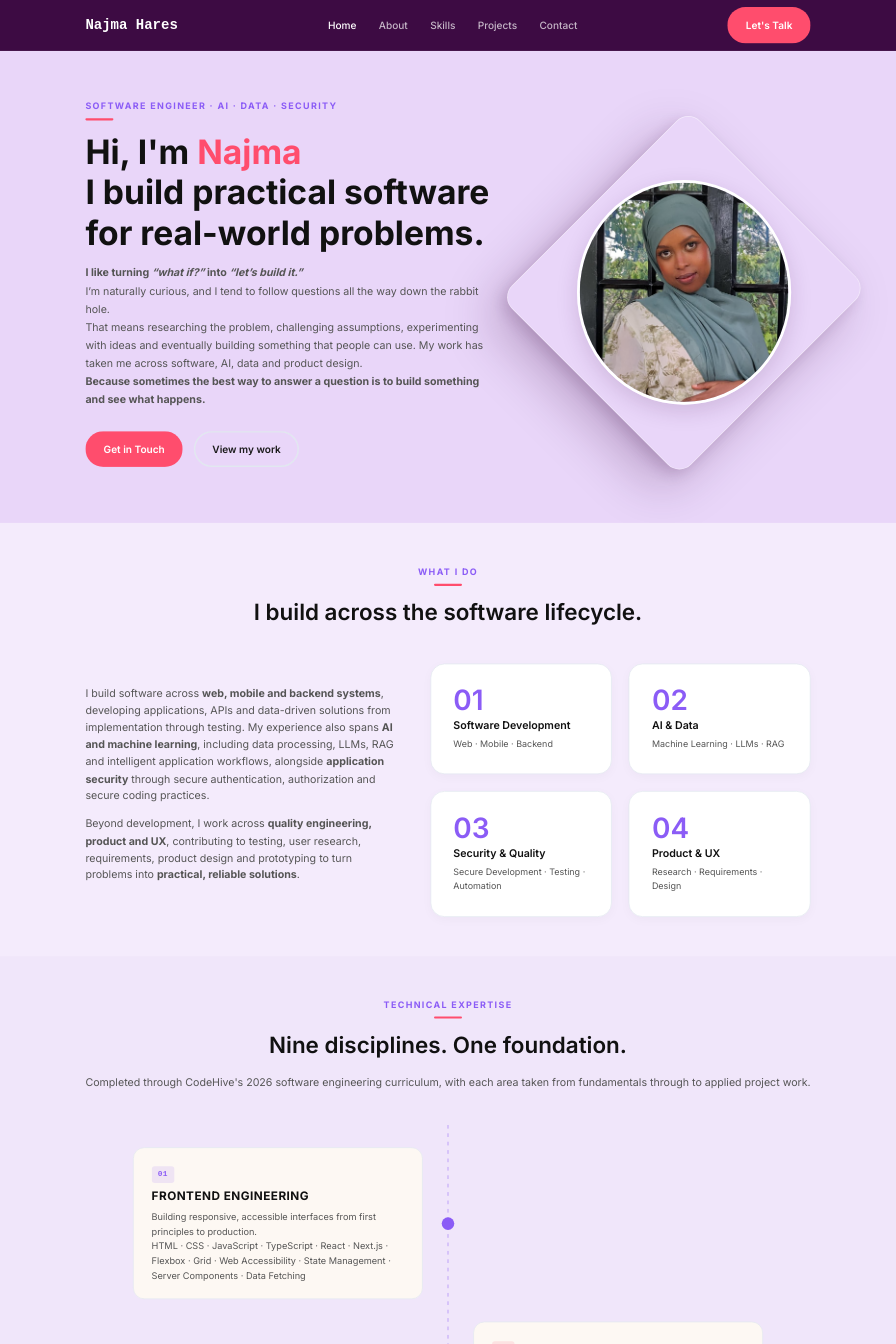
Repository: najmahares/portfolio
Page: index.html
These files come from the project's save history. The page is drawn as it stood at one moment and after the next save; the edit follows.
The browser window is 1280 px wide. The pictures show the part of the page from y = 0 to 1920 px (the page is 6074 px tall before and 6100 px after), at 70% of full size.

Above is the page before, as saved 2026-09-22 14:40:01.

After the next save:
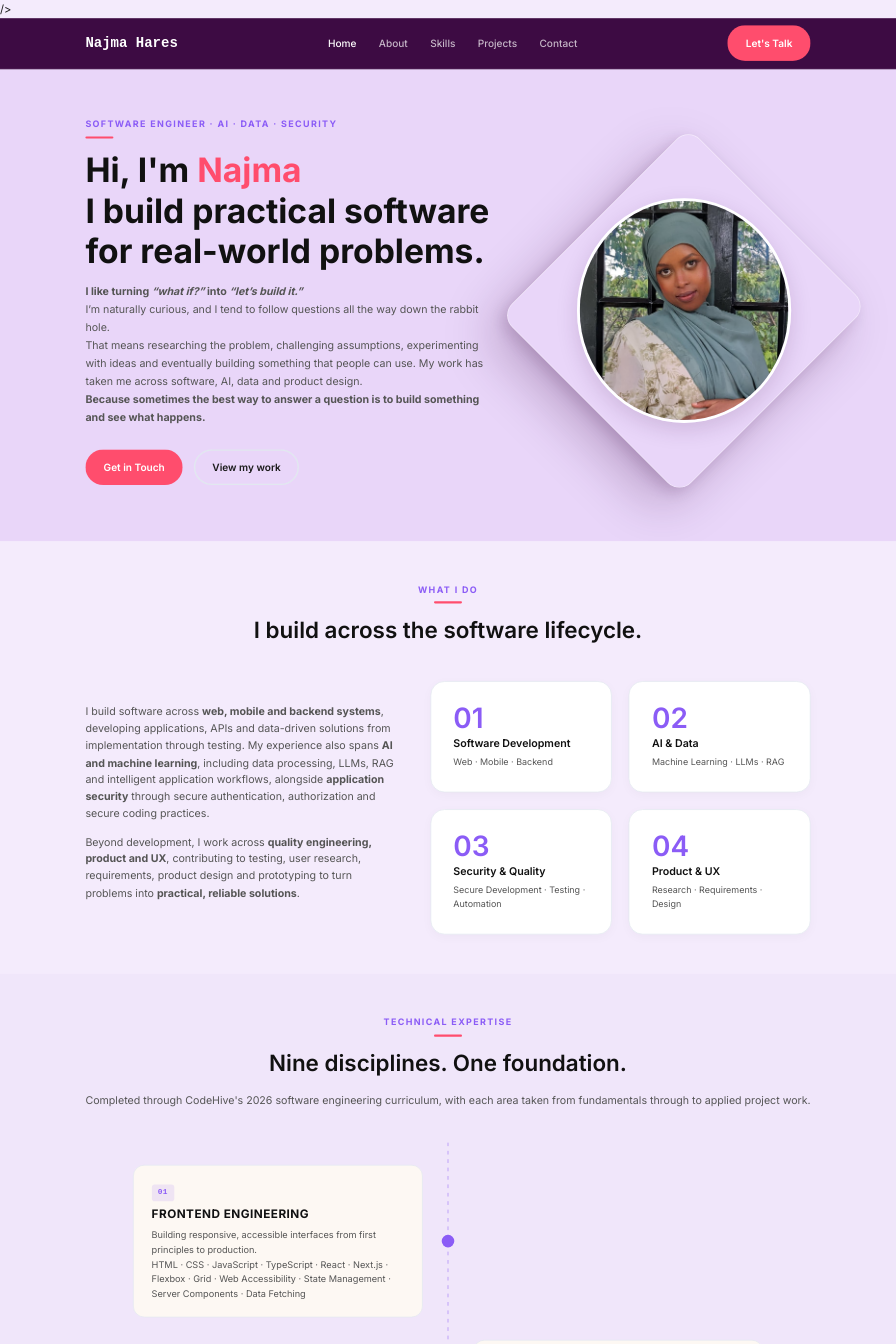
Saved 8 min 12 s later.
--- a/index.html
+++ b/index.html
@@ -12,9 +12,11 @@
     <meta property="og:type" content="website" />
     <meta property="og:title" content="Najma Hares | Software Engineer" />
     <meta property="og:description" content="Case studies and project work." />
+
     <meta
       property="og:image"
-      content="https://YOUR-LIVE-URL/assets/og-preview.png"
+      content="https://najma-portfolio.netlify.app/assets/og-preview.png"
+    />
     />
     <meta property="og:url" content="https://YOUR-LIVE-URL/" />
 

After the 2 saves that followed:
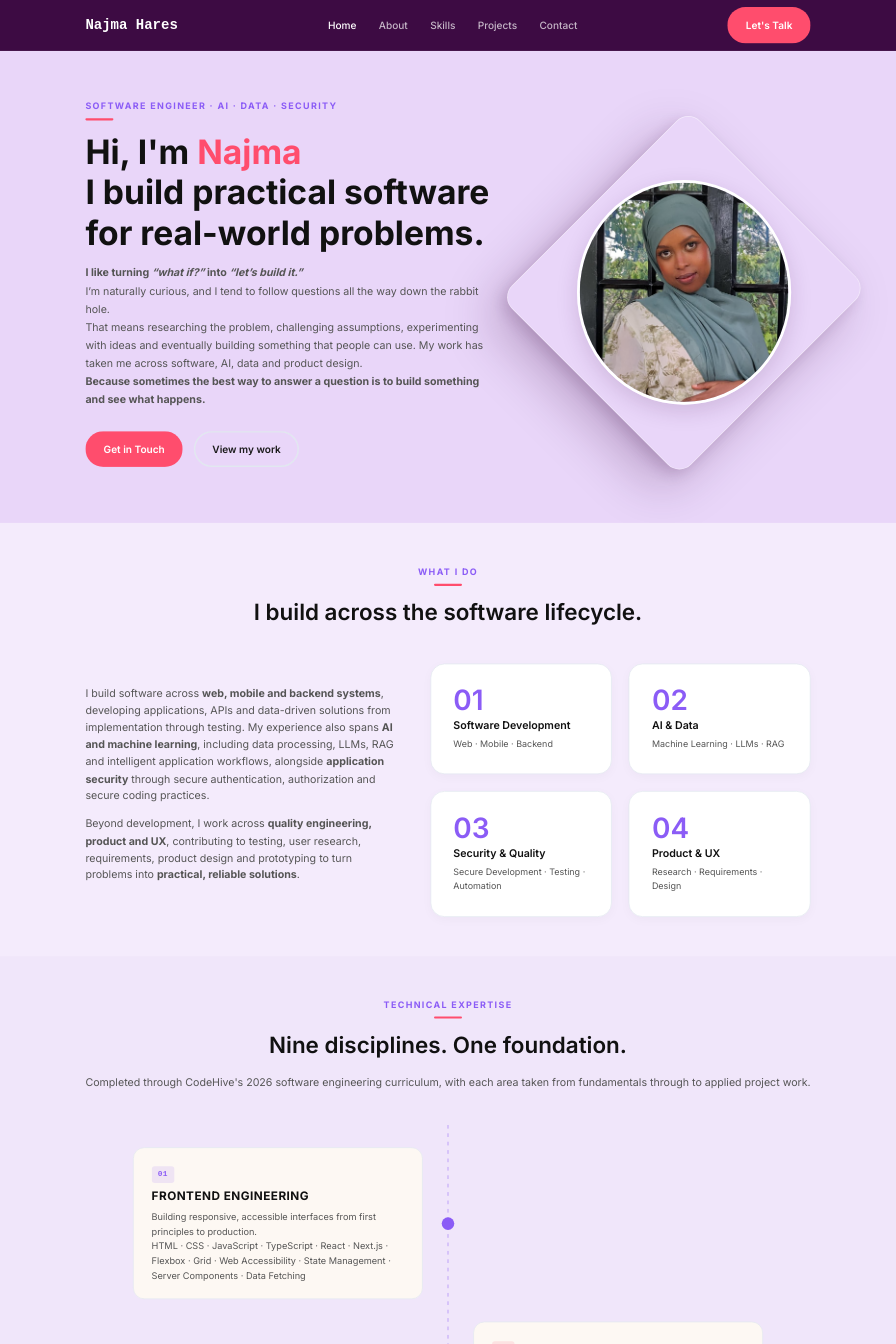
The 2 saves are shown as one change because they came seconds apart.
The last was saved 59 s later.
--- a/index.html
+++ b/index.html
@@ -12,20 +12,21 @@
     <meta property="og:type" content="website" />
     <meta property="og:title" content="Najma Hares | Software Engineer" />
     <meta property="og:description" content="Case studies and project work." />
-
     <meta
       property="og:image"
-      content="https://najma-portfolio.netlify.app/assets/og-preview.png"
+      content="https://najma-hares-portfolio.netlify.app/assets/og-preview.png"
     />
+    <meta
+      property="og:url"
+      content="https://najma-hares-portfolio.netlify.app/"
     />
-    <meta property="og:url" content="https://YOUR-LIVE-URL/" />
 
     <meta name="twitter:card" content="summary_large_image" />
     <meta name="twitter:title" content="Najma Hares | Software Engineer" />
     <meta name="twitter:description" content="Case studies and project work." />
     <meta
       name="twitter:image"
-      content="https://YOUR-LIVE-URL/assets/og-preview.png"
+      content="https://najma-hares-portfolio.netlify.app/assets/og-preview.png"
     />
     <link rel="icon" type="image/svg+xml" href="assets/favicon.svg" />
     <link rel="alternate icon" type="image/png" href="assets/favicon.png" />
